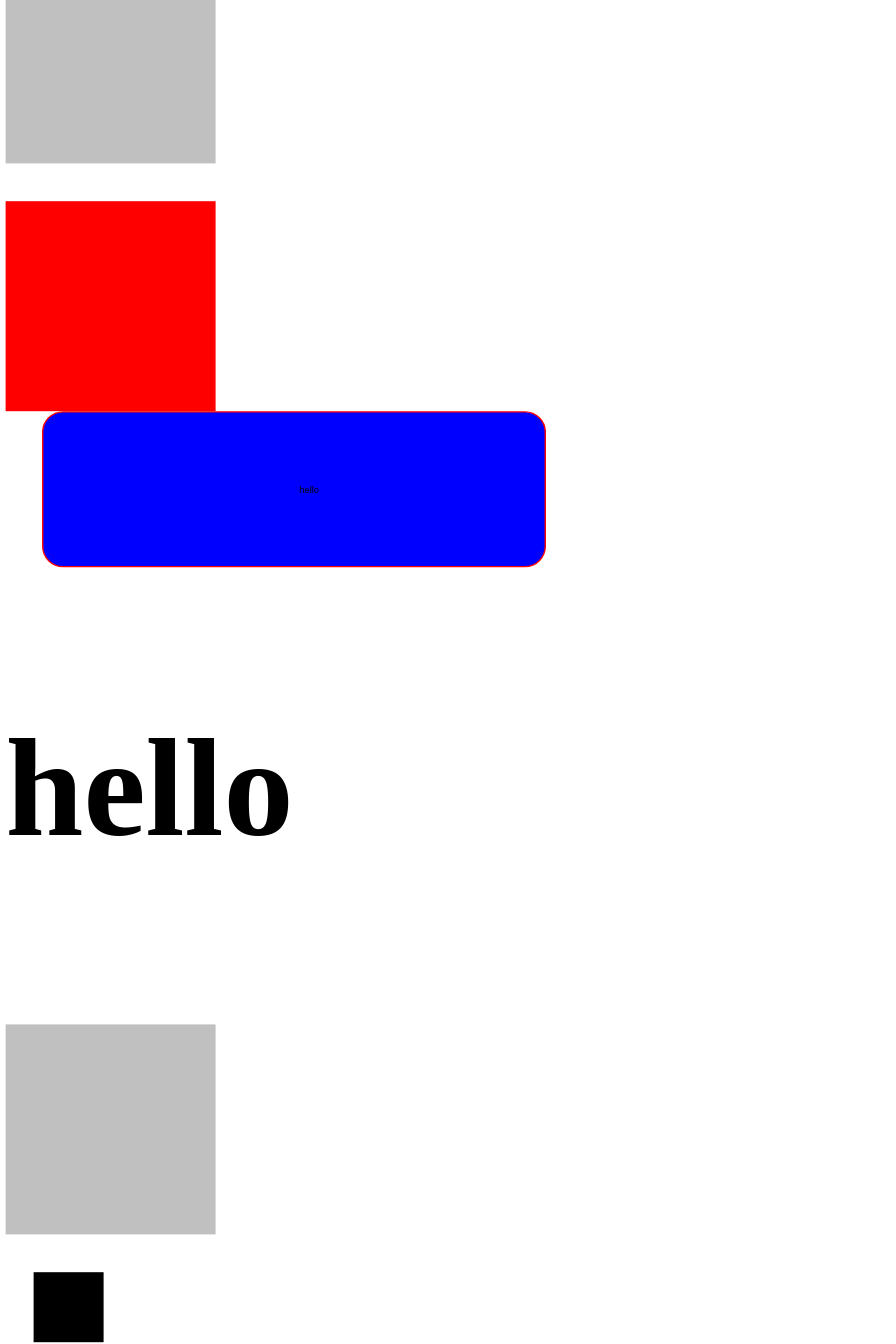
Repository: takahiro0808/kadai2
Page: html/index.html
The author's editor kept a record of every edit. The page is drawn from the files as they stood at one moment, then again after the next edit.
The browser window is 1280 px wide. The pictures show the part of the page from y = 838 to 2758 px (the page is 2758 px tall before and 2578 px after), at 70% of full size.

Above is the page before.

After the next edit:
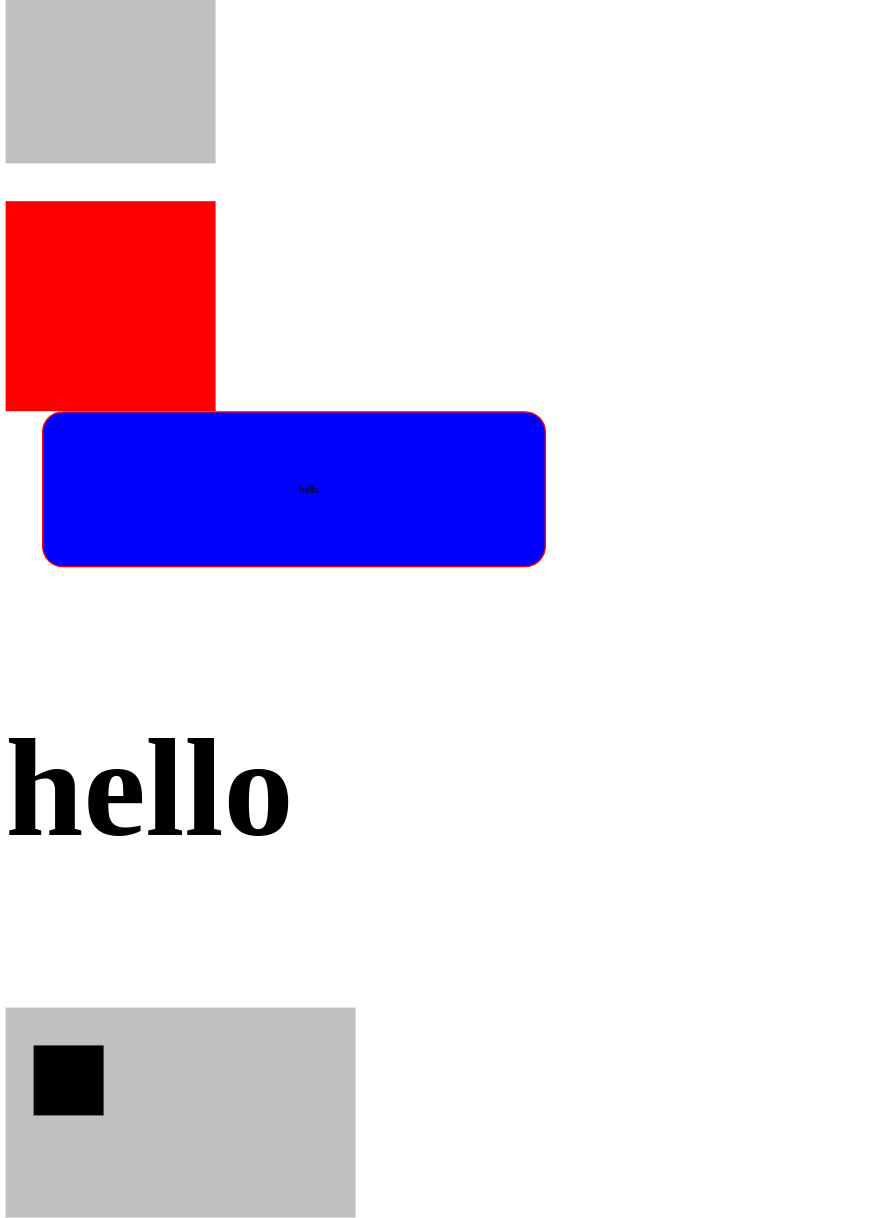
The edit:
--- a/html/css/style.css
+++ b/html/css/style.css
@@ -33,8 +33,9 @@
 
               .box3 {
                   background-color:silver;
-                  width:300px;
+                  width:500px;
                   height:300px;
+                  float:left;
               }
 
               .box4 {
